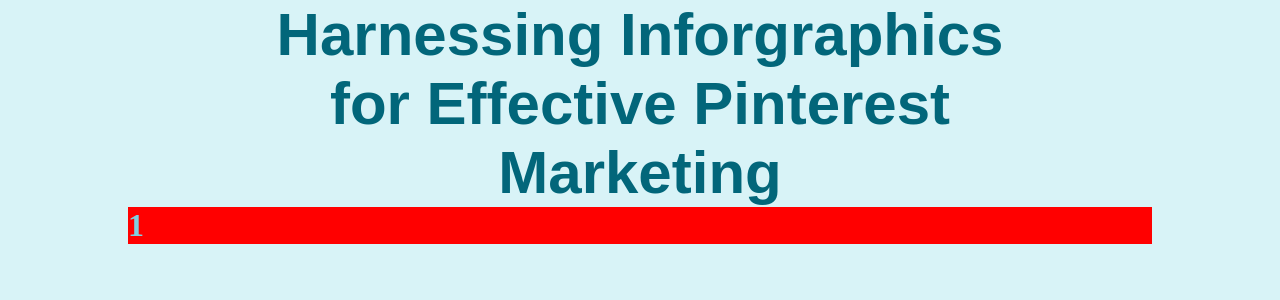
Repository: ayushrajput545/InforGraphic-page
Page: index.html
An editor plug-in stored every save of this project. The page is shown before and after a run of saves, followed by the edit.
The browser window is 1280 px wide. The pictures show the whole page.
Some web fonts or font styles are not loaded; a fallback is used.

Above is the page before, as saved 2025-04-01 21:41:59.

After the next 4 saves:
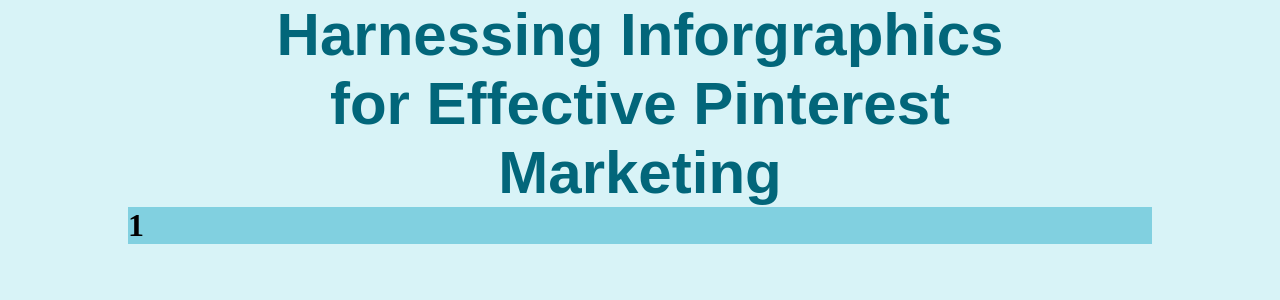
The 4 saves are shown as one change because they came seconds apart.
The last was saved 12 s later.
--- a/style.css
+++ b/style.css
@@ -25,6 +25,6 @@
 }
 
 .overlap{
-    color: #81d0e0;
+    background-color: #81d0e0;
 
 }

After the 5 saves that followed:
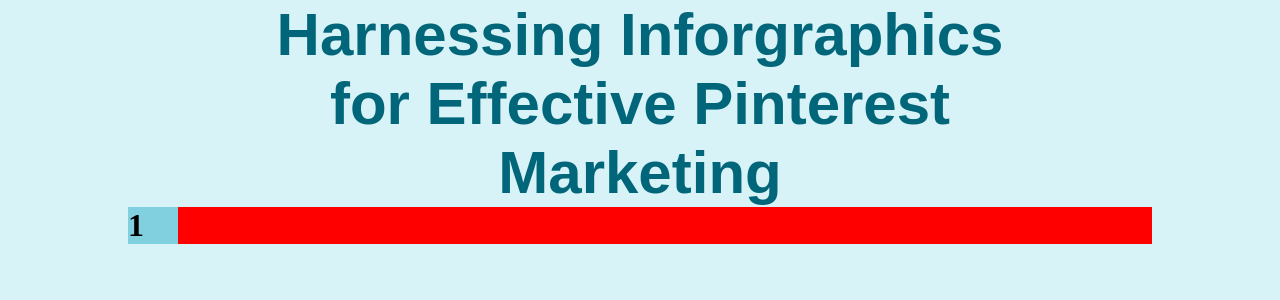
The 5 saves are shown as one change because they came seconds apart.
The last was saved 24 s later.
--- a/style.css
+++ b/style.css
@@ -26,5 +26,6 @@
 
 .overlap{
     background-color: #81d0e0;
+    width: 50px;
 
 }
